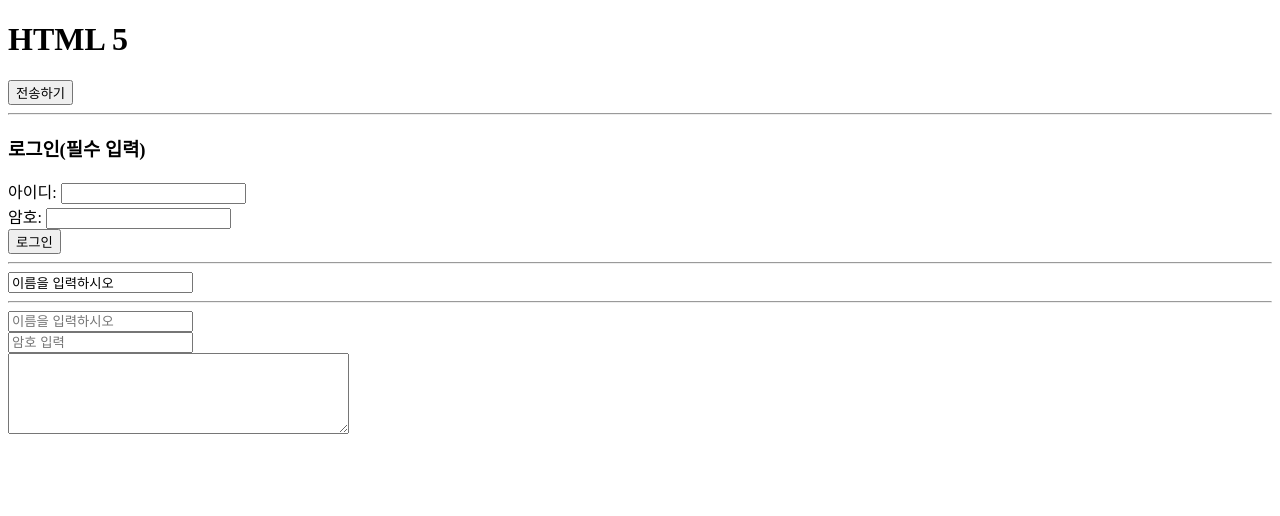
Repository: seula123/Front-End
Page: ClientTest/src/main/webapp/html/ex19.html
The author's editor kept a copy of each file at every save. The page is drawn from the files as they stood at one save, then again after the next save.
The browser window is 1280 px wide. The pictures show the whole page.

Above is the page before, as saved 2023-09-21 08:14:52.

After the next save:
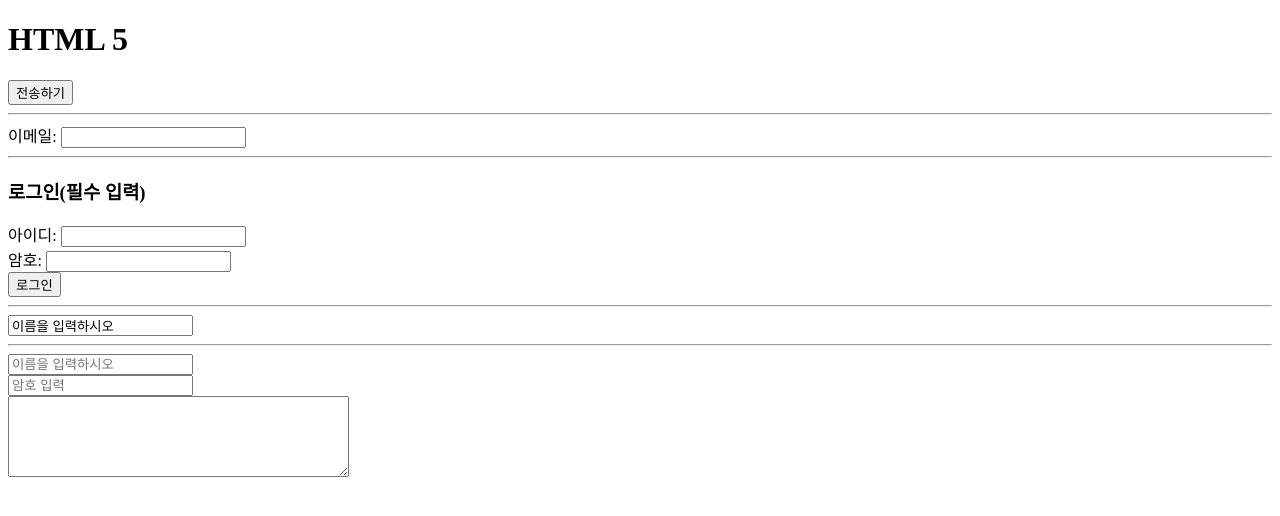
Saved 3 min 27 s later.
--- a/ClientTest/src/main/webapp/html/ex19.html
+++ b/ClientTest/src/main/webapp/html/ex19.html
@@ -12,6 +12,13 @@
 	<form method = "POST" action = "ex18_server.jsp">
 
 		<input type = "submit" value="전송하기">
+		<hr>
+
+
+			이메일: <input type = "email">
+
+
+
 		<hr>
 
 			<h3>로그인(필수 입력)</h3>
